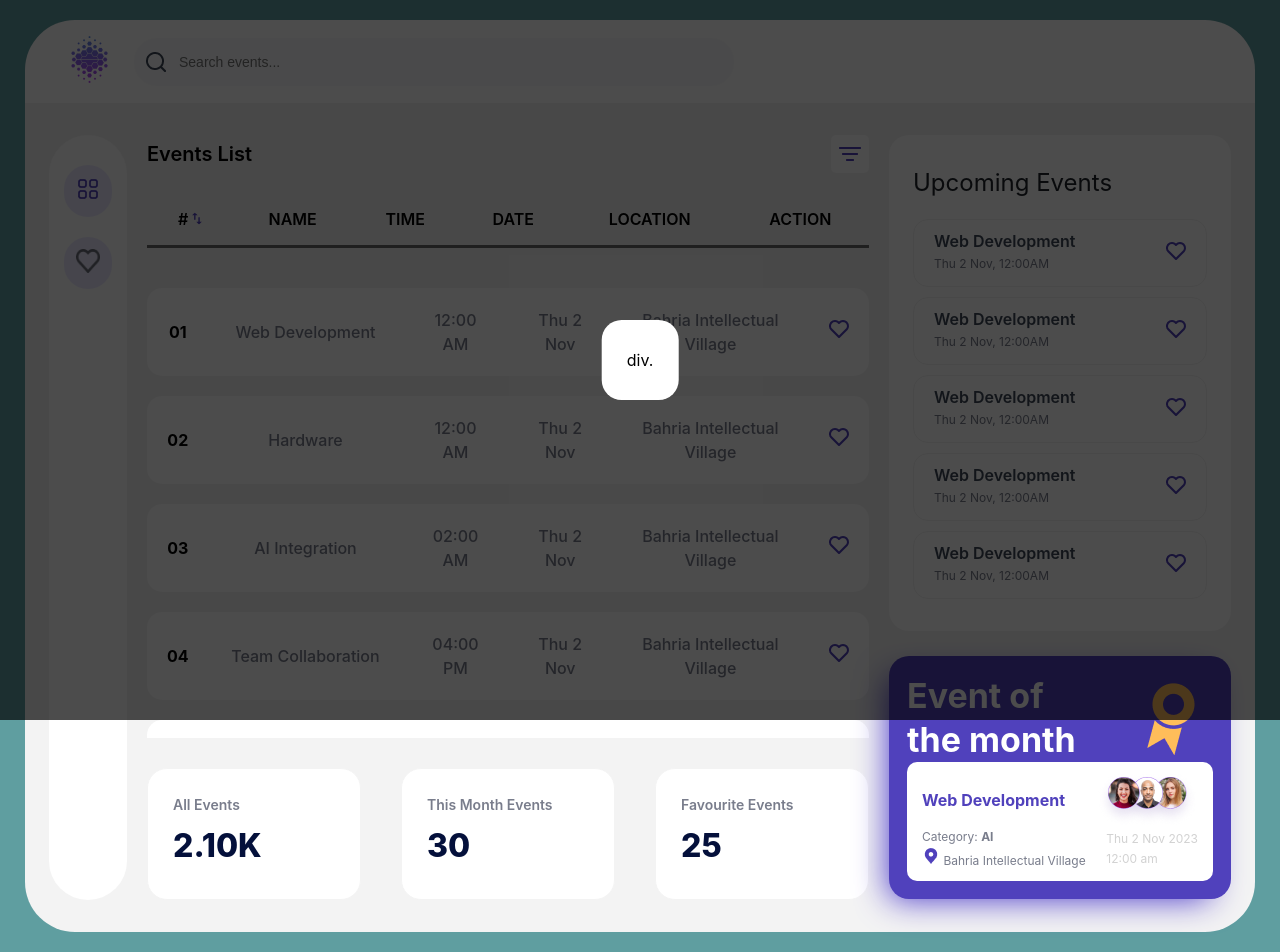
Repository: ahmadunitedsol710/react-dashboard
Page: /, after clicking the first element matching `tr.body_row`
The author's editor kept a copy of each file at every save. The page is drawn from the files as they stood at one save, then again after the next save.
The browser window is 1280 px wide. The pictures show the whole page.
An inner scrolling area shows only its first screen. The project was rebuilt for these pictures with package versions that can differ from the ones it lists, and the page was loaded fresh each time.

Above is the page before, as saved 2024-08-02 09:55:03.

After the next save:
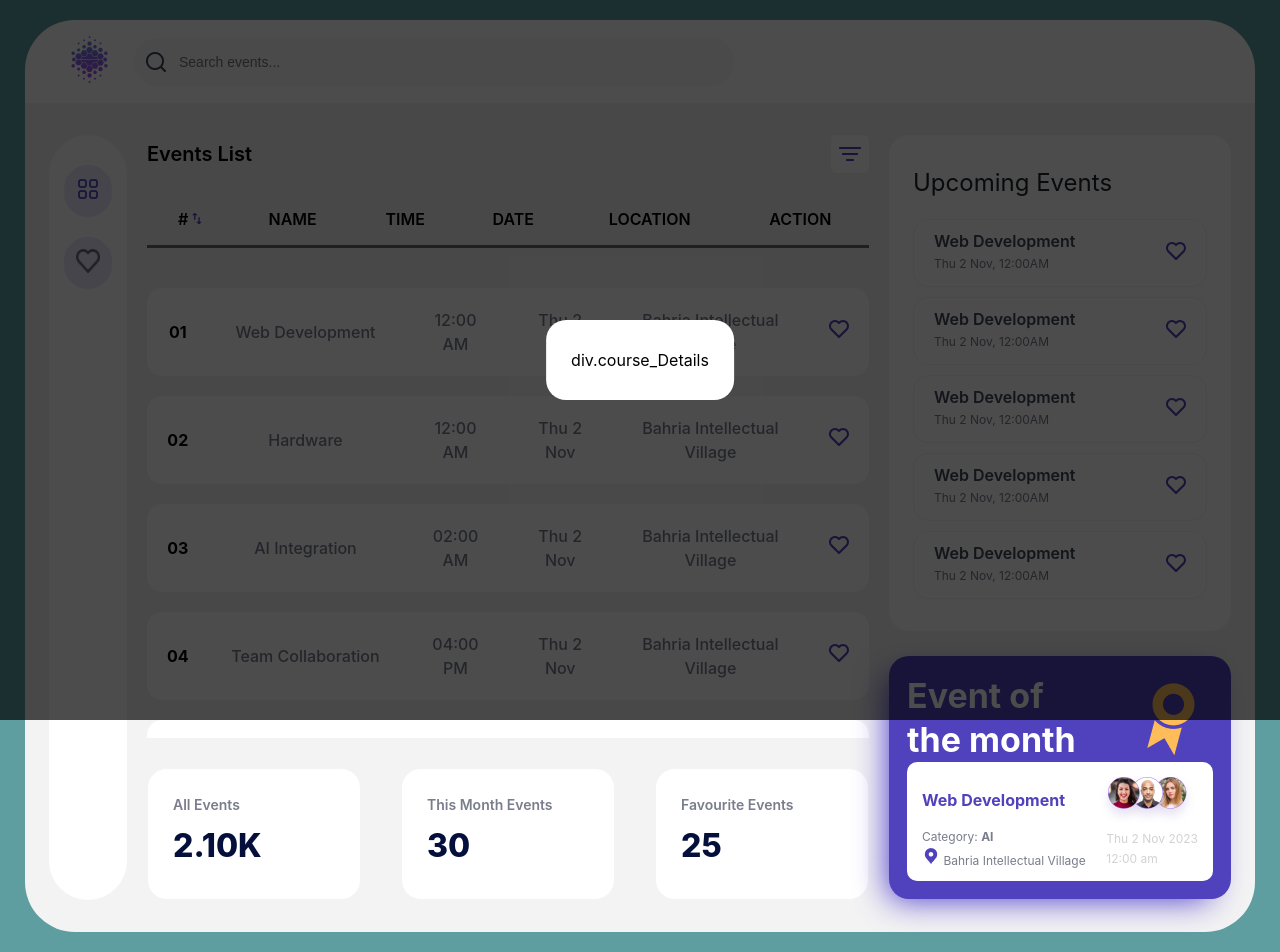
Saved 105 s later.
--- a/src/Components/Body/Detailpopup.js
+++ b/src/Components/Body/Detailpopup.js
@@ -6,7 +6,7 @@ const Detailpopup = ({closeModal}) => {
         <>
         <div className="overlay" onClick={closeModal}>
             <div className="detailpopup">
-                div.
+                div.course_Details
             </div>
         </div>
         </>
